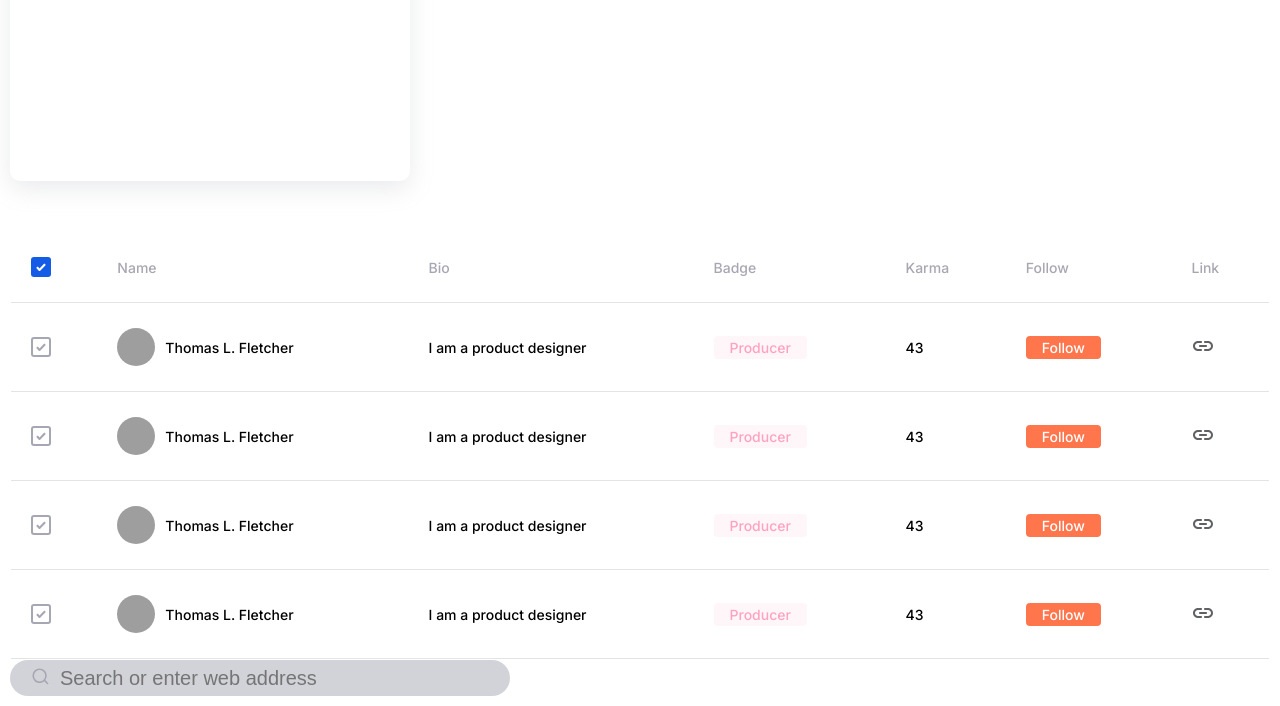
Repository: anhphapap/CSS
Page: test.html
An editor plug-in stored every save of this project. The page is shown before and after a run of saves, followed by the edit.
The browser window is 1280 px wide. The pictures show the part of the page from y = 642 to 1348 px (the page is 1348 px tall).
Pictures or frames that could not be fetched are drawn as grey boxes. A picture or video elsewhere on the page could not be fetched, so the positions and the page height are approximate.

Above is the page before, as saved 2023-04-09 22:13:07.

After the next 3 saves:
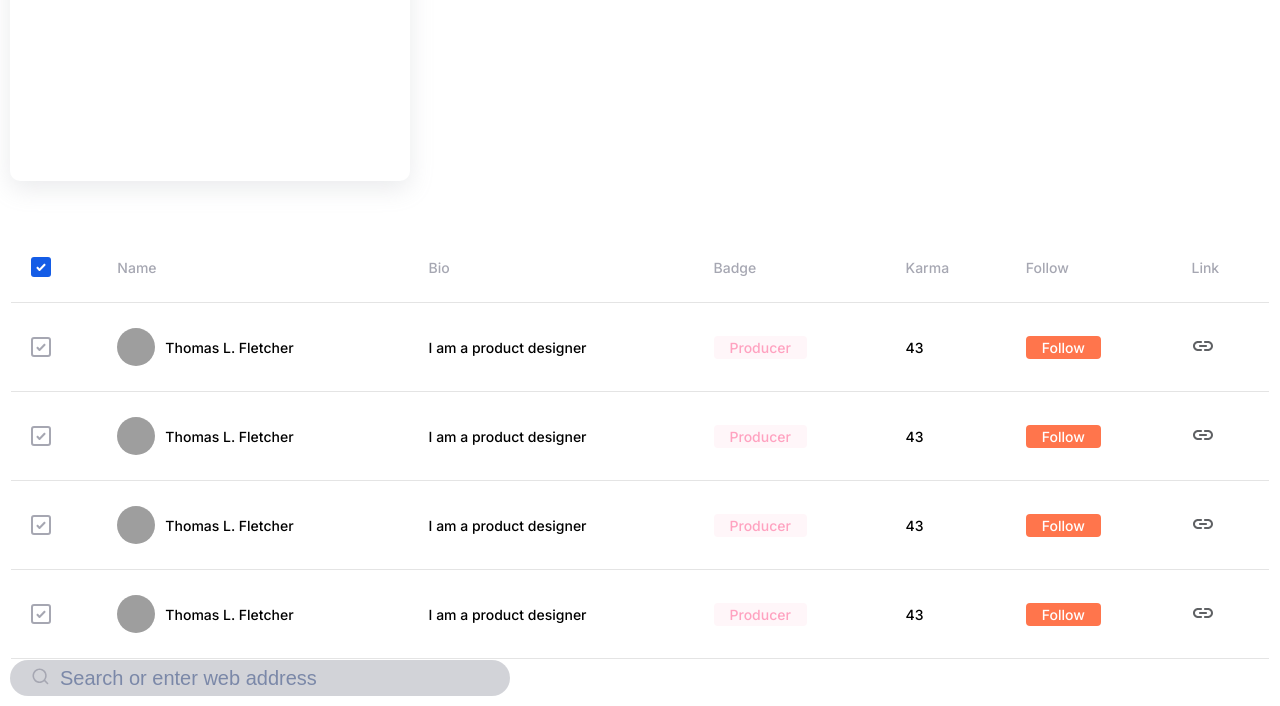
The 3 saves are shown as one change because they came seconds apart.
The last was saved 11 s later.
--- a/CSS/test.css
+++ b/CSS/test.css
@@ -404,7 +404,7 @@ td,th{
 }
 
 .input-search::placeholder{
-    f
+    color: #7B88A8;
 }
 .input-search:focus{
     background-color: white;
